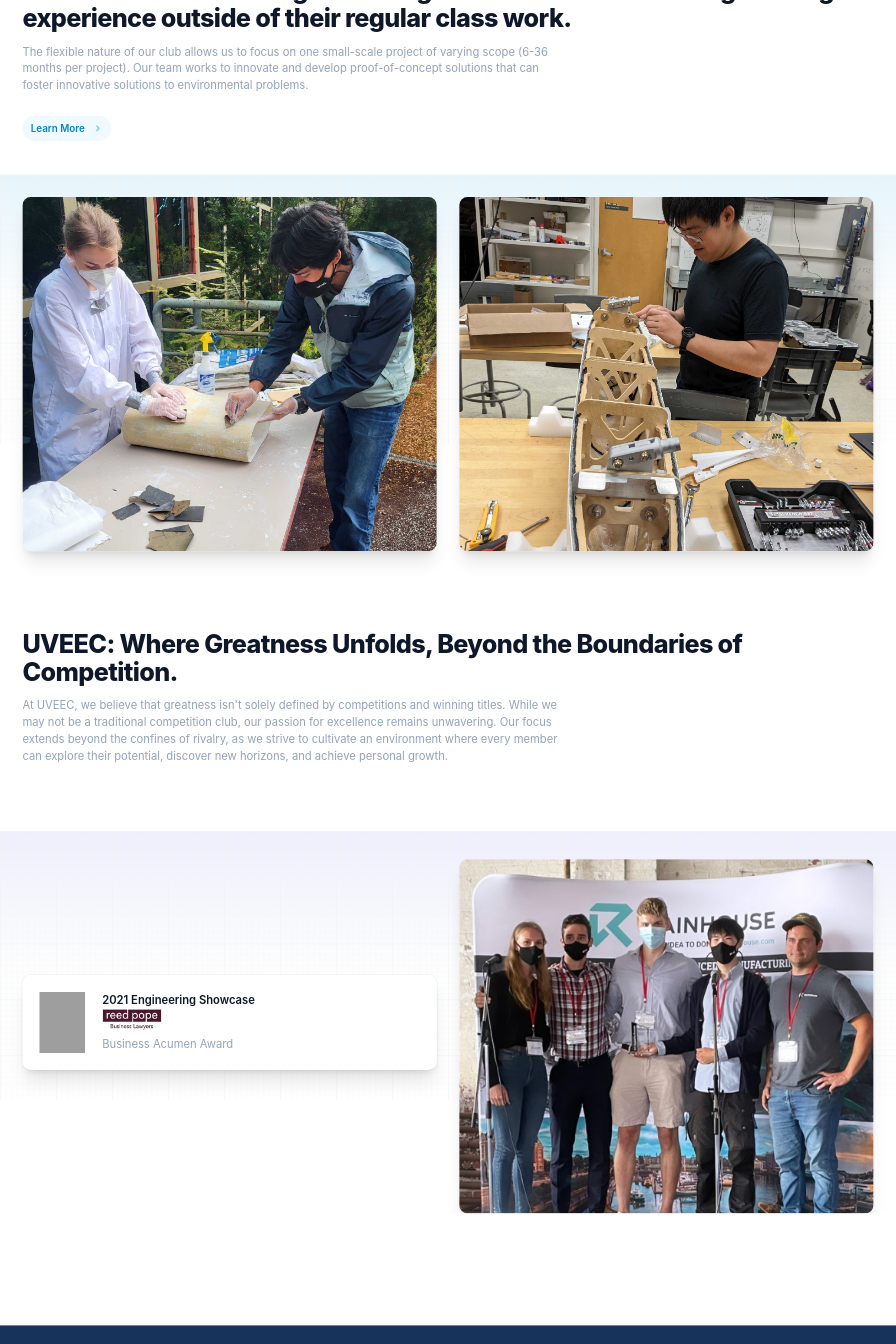
Repository: markaxelus/uveec-website
Page: /
These files come from the project's save history. The page is drawn as it stood at one moment and after the next save; the edit follows.
The browser window is 1280 px wide. The pictures show the part of the page from y = 938 to 2858 px (the page is 3176 px tall before and 3112 px after), at 70% of full size.
Pictures or frames that could not be fetched are drawn as grey boxes. The project was rebuilt for these pictures with package versions that can differ from the ones it lists, and the page was loaded fresh each time. The framework's server and built-in components were replaced by stand-ins that run in the browser. Also part of the build but not shown: next.config.js, src/components/molecules/ProfileCard.tsx.

Above is the page before, as saved 2024-06-08 23:36:40.

### pages/index.tsx
import Head from "next/head";
import Link from "next/link";
import Image from "next/image";
import type { NextPage } from "next";
import {
  HeroBanner,
  SponsorMarquee,
} from "../src/components/molecules";
import { BaseLayout } from "../src/Layout/BaseLayout";
import { FaAngleRight } from "react-icons/fa";

const Home: NextPage = () => {
  return (
    <div>
      <Head>
        <title>University of Victoria Environmental Engineering Club</title>
        <link rel="canonical" href="https://uveec.ca" key="canonical" />
        <meta
          name="description"
          content="Our organization's primary purpose is to create out of the box
          engineering solutions to everyday environmental problems in the local
          Capital Regional District of Victoria, British Columbia."
        />
        <meta name="viewport" content="width=device-width, initial-scale=1.0" />
        <meta
          name="keywords"
          content="UVEEC, UVic Environmental Engineering, Environmental Engineering, Environment, Engineering, University of Victoria, Victoria"
        />
        <meta
          property="og:title"
          content="University of Victoria Environmental Engineering Club"
        />
        <meta property="og:url" content="https://uveec.ca" />
        <meta property="og:type" content="website" />
        <link rel="icon" href="/favicon.ico" />
      </Head>
      <BaseLayout>
        <HeroBanner />
        <SponsorMarquee />
        <main>
          <div className="pt-20 mb-20 space-y-20 overflow-hidden sm:pt-32 sm:mb-32 sm:space-y-32 md:pt-40 md:mb-40 md:space-y-20">

            <section id="team">
              <div className="max-w-7xl mx-auto px-4 sm:px-6 md:px-8">
                <p className="mt-4 text-3xl sm:text-4xl text-slate-900 font-extrabold tracking-tight dark:text-slate-50">
                  One of our club&apos;s main goals is to give student hands-on
                  engineering experience outside of their regular class work.
                </p>
                <p className="mt-4 max-w-3xl text-slate-400 space-y-6 ">
                  The flexible nature of our club allows us to focus on one
                  small-scale project of varying scope (6-36 months per
                  project). Our team works to innovate and develop
                  proof-of-concept solutions that can foster innovative
                  solutions to environmental problems.
                </p>
                <Link href="/about" passHref>
                  <a className="group inline-flex items-center h-9 rounded-full text-sm font-semibold whitespace-nowrap px-3 focus:outline-none focus:ring-2 bg-sky-50 text-sky-600 hover:bg-sky-200 hover:text-sky-700 focus:ring-sky-500 dark:bg-slate-700 dark:text-slate-100 dark:hover:bg-slate-600 dark:hover:text-white dark:focus:ring-slate-500 mt-8 md:mb-10">
                    Learn More
                    <FaAngleRight className="overflow-visible ml-3 text-sky-300 group-hover:text-sky-400" />
                  </a>
                </Link>
              </div>
              <div className="relative pt-10 xl:pt-0 mt-10 xl:mt-2">
                <div className="absolute h-96 w-full bg-gradient-to-b from-sky-500 via-slate-100 to-white opacity-10 dark:to-slate-900">
                  <svg
                    width="100%"
                    height="100%"
                    xmlns="http://www.w3.org/2000/svg"
                  >
                    <defs>
                      <pattern
                        id="smallGrid"
                        width="8"
                        height="8"
                        patternUnits="userSpaceOnUse"
                      >
                        <path
                          d="M 8 0 L 0 0 0 8"
                          fill="none"
                          stroke="gray"
                          strokeWidth="0.5"
                        />
                      </pattern>
                      <pattern
                        id="grid"
                        width="80"
                        height="80"
                        patternUnits="userSpaceOnUse"
                      >
                        <rect width="80" height="80" fill="url(#smallGrid)" />
                        <path
                          d="M 80 0 L 0 0 0 80"
                          fill="none"
                          stroke="gray"
                          strokeWidth="1"
                        />
                      </pattern>
                    </defs>

                    <rect width="100%" height="100%" fill="url(#grid)" />
                  </svg>
                </div>
                <div className="max-w-7xl mx-auto px-4 py-8 sm:px-6 md:px-8 lg:grid lg:grid-cols-12 lg:gap-8">
                  {/*<div className="lg:col-span-5 xl:col-span-6 flex flex-col">
                    <div className="relative z-10 bg-white ring-1 ring-slate-900/5 rounded-lg shadow-xl px-6 py-5 my-auto xl:mt-18 dark:bg-slate-800">
                      <div className="absolute inset-x-0 inset-y-5 border-t border-b border-slate-100 pointer-events-none dark:border-slate-700" />
                      <div className="absolute inset-x-6 inset-y-0 border-l border-r border-slate-100 pointer-events-none dark:border-slate-700" />
                      <div className="bg-slate-50 overflow-hidden py-6 sm:py-9 lg:py-6 xl:py-9 px-6 dark:bg-slate-900/50">
                        <div className="relative h-96">
                          <Image
                            layout="fill"
                            src="/images/manufacturing2.jpg"
                            className="object-cover"
                            alt={""}
                            decoding="async"
                            priority
                          />
                        </div>
                      </div>
                    </div>
                  </div>*/}
                  <div className="mt-4 -mx-4 sm:mx-0 lg:mt-0 lg:col-span-7 xl:col-span-6">
                    <div className="relative overflow-hidden shadow-xl flex h-[31.625rem] max-h-[60vh] sm:max-h-[none] sm:rounded-xl lg:h-[34.6875rem] xl:h-[31.625rem]">
                      <Image
                        layout="fill"
                        src="/images/manufacturing2.jpg"
                        className="object-cover"
                        alt={""}
                        decoding="async"
                        priority
                      />
                    </div>
                  </div>
                  <div className="mt-4 -mx-4 sm:mx-0 lg:mt-0 lg:col-span-7 xl:col-span-6">
                    <div className="relative overflow-hidden shadow-xl flex h-[31.625rem] max-h-[60vh] sm:max-h-[none] sm:rounded-xl lg:h-[34.6875rem] xl:h-[31.625rem]">
                      <Image
                        layout="fill"
                        src="/images/manufacturing1.jpg"
                        className="object-cover"
                        alt={""}
                        decoding="async"
                        priority
                      />
                    </div>
                  </div>
                </div>
              </div>
            </section>

            <section id="awards">
              <div className="max-w-7xl mx-auto px-4 sm:px-6 md:px-8">
                <p className="mt-4 text-3xl sm:text-4xl text-slate-900 font-extrabold tracking-tight dark:text-slate-50">
                  UVEEC: Where Greatness Unfolds, Beyond the Boundaries of Competition.
                </p>
                <p className="mt-4 pb-4 max-w-3xl text-slate-400 space-y-6 ">
                  At UVEEC, we believe that greatness isn&apos;t solely defined by competitions and winning titles. While we may not be a traditional competition club, our passion for excellence remains unwavering. Our focus extends beyond the confines of rivalry, as we strive to cultivate an environment where every member can explore their potential, discover new horizons, and achieve personal growth.
                </p>
              </div>
              <div className="relative pt-10 xl:pt-0 mt-10 xl:mt-20">
                <div className="absolute h-96 w-full bg-gradient-to-b via-slate-100 from-indigo-500 to-white opacity-10 dark:to-slate-900">
                  <svg
                    width="100%"
                    height="100%"
                    xmlns="http://www.w3.org/2000/svg"
                  >
                    <defs>
                      <pattern
                        id="smallGrid"
                        width="8"
                        height="8"
                        patternUnits="userSpaceOnUse"
                      >
                        <path
                          d="M 8 0 L 0 0 0 8"
                          fill="none"
                          stroke="gray"
                          strokeWidth="0.5"
                        />
                      </pattern>
                      <pattern
                        id="grid"
                        width="80"
                        height="80"
                        patternUnits="userSpaceOnUse"
                      >
                        <rect width="80" height="80" fill="url(#smallGrid)" />
                        <path
                          d="M 80 0 L 0 0 0 80"
                          fill="none"
                          stroke="gray"
                          strokeWidth="1"
                        />
                      </pattern>
                    </defs>

                    <rect width="100%" height="100%" fill="url(#grid)" />
                  </svg>
                </div>
                <div className="max-w-7xl mx-auto px-4 sm:px-6 md:px-8 lg:grid lg:grid-cols-12 lg:gap-8">
                  <div className="lg:col-span-5 xl:col-span-6 flex flex-col">
                    <div className="relative z-10 bg-white rounded-xl shadow-xl ring-1 ring-slate-900/5 divide-y divide-slate-100 my-auto xl:mt-18 dark:bg-slate-800 dark:divide-slate-200/5 dark:highlight-white/10">
                      <div className="p-4 sm:p-6 lg:p-4 xl:p-6 space-x-4 items-start sm:space-x-6 lg:space-x-4 xl:space-x-6 flex">
                        <Image
                          src="/images/award.png"
                          height={88}
                          width={66}
                          alt={""}
                          decoding="async"
                          priority
                        />
                        <div className="min-w-0 relative flex-auto">
                          <h2 className="font-semibold text-slate-900 truncate sm:pr-20 dark:text-slate-100">
                            2021 Engineering Showcase
                          </h2>
                          <div className="dark:hidden">
                            <Image
                              height={32}
                              width={85}
                              src="/images/reedpope.png"
                              alt={""}
                              decoding="async"
                              priority
                            />
                          </div>
                          <div className="hidden dark:flex">
                            <Image
                              height={32}
                              width={85}
                              src="/images/reedpope-dark.png"
                              alt={""}
                              decoding="async"
                              priority
                            />
                          </div>
                          <p className="text-slate-400 ">
                            Business Acumen Award
                          </p>
                        </div>
                      </div>
                    </div>
                  </div>
                  <div className="mt-4 -mx-4 sm:mx-0 lg:mt-0 lg:col-span-7 xl:col-span-6 xl:mt-10">
                    <div className="relative overflow-hidden shadow-xl flex h-[31.625rem] max-h-[60vh] sm:max-h-[none] sm:rounded-xl lg:h-[34.6875rem] xl:h-[31.625rem]">
                      <Image
                        layout="fill"
                        src="/images/awarding.jpg"
                        className="object-cover"
                        alt={""}
                        decoding="async"
                        priority
                      />
                    </div>
                  </div>
                </div>
              </div>
            </section>
          </div>
        </main>
      </BaseLayout>
    </div>
  );
};

export default Home;

### styles/globals.css
@tailwind base;
@tailwind components;
@tailwind utilities;

html,
body {
  padding: 0;
  margin: 0;
  font-family: -apple-system, BlinkMacSystemFont, Segoe UI, Roboto, Oxygen,
    Ubuntu, Cantarell, Fira Sans, Droid Sans, Helvetica Neue, sans-serif;
}

a {
  color: inherit;
  text-decoration: none;
}

* {
  box-sizing: border-box;
}

.right-arrow {
  position: absolute;
  top: 50%;
  right: 0px;
  font-size: 3rem;
  color: #000;
  z-index: 10;
  cursor: pointer;
  user-select: none;
}

.left-arrow {
  position: absolute;
  top: 50%;
  left: 0px;
  font-size: 3rem;
  color: #000;
  z-index: 10;
  cursor: pointer;
  user-select: none;
}

.slide {
  opacity: 0;
  transition-duration: 1s ease;
}

.slide.active {
  opacity: 1;
  transition-duration: 1s;
  transform: scale(1.08);
}

@media (prefers-color-scheme: dark) {
  html {
    color-scheme: dark;
  }
  body {
    color: #f8fafc;
    background: #0f172a;
  }
}

### src/components/molecules/index.tsx
export { NavBar } from "./NavBar";
export { SponsorMarquee } from "./SponsorMarquee";
export { HeroBanner } from "./HeroBanner";
export { Menu } from "./Menu";
export { ProfileCard } from "./ProfileCard";

### src/Layout/BaseLayout.tsx
import React, { PropsWithChildren } from "react";
import { Footer, Header } from "../components/organisms";

interface BaseLayoutProps {}

export const BaseLayout = ({
  children,
}: PropsWithChildren<BaseLayoutProps>) => {
  return (
    <div>
      <Header />
      {children}
      <Footer />
    </div>
  );
};

### src/components/molecules/NavBar.tsx
import React from "react";
import { NavLink } from "../atoms";

export const NavBar = () => {
  return (
    <div className="z-50 flex flex-row items-center space-x-4">
      <NavLink name="Home" link="/" />
      <NavLink name="About" link="/about" />
      <NavLink name="Projects" link="/projects" />
      <NavLink name="Sponsors" link="/sponsors" />
      <NavLink name="Contact" link="/contact" />
    </div>
  );
};

### src/components/molecules/SponsorMarquee.tsx
import Marquee from "react-fast-marquee";
import { Logo } from "../atoms";
import { SponsorMap } from "../../constants";

export const SponsorMarquee = () => {
  return (
    <Marquee direction="right" speed={80} gradient={false}>
      <div className="flex flex-row items-center justify-evenly space-x-24 space-y-4 mr-24">
        {SponsorMap.map((card, i) => (
          <div
            key={i}
          >
            <Logo
              src={card.img}
              className="h-12 w-56 dark:hidden"
              classNameImage="object-contain"
            />
          </div>
        ))}
      </div>
    </Marquee>
  );
};

### src/components/atoms/index.tsx
export { NavLink } from "./NavLink";
export { Logo } from "./Logo";

### src/components/organisms/Header.tsx
import Link from "next/link";
import Image from "next/image";
import { NavBar } from "../molecules";
import { Menu } from "../molecules";

export const Header = () => {
  return (
    <div className="sticky top-0 z-50 flex flex-row items-center justify-between h-16 w-full px-4 py-2 shadow-2xl bg-royalBlue">
      <Link href="/" passHref>
        <a className="relative h-10 w-28 hover:cursor-pointer">
          <Image
            layout="fill"
            src="/images/uveec.png"
            alt={""}
            decoding="async"
            priority
          />
        </a>
      </Link>
      <div className="hidden md:block">
        <NavBar />
      </div>
      <div className="md:hidden">
        <Menu />
      </div>
    </div>
  );
};

### src/components/atoms/NavLink.tsx
import classNames from "classnames";
import { useRouter } from "next/router";
import { useMemo } from "react";

interface NavLinkProps {
  link: string;
  name: string;
}

export const NavLink = ({ link, name }: NavLinkProps) => {
  const { asPath } = useRouter();

  const isHighlighted = useMemo(() => {
    if (asPath === "/" && name === "Home") return true;
    return asPath.replace("/", "") === name.replace("/", "").toLowerCase();
  }, [asPath, name]);

  return (
    <a
      href={link}
      className={classNames(
        isHighlighted ? "text-orange" : "text-slate-50",
        "text-lg"
      )}
    >
      {name}
    </a>
  );
};

### src/components/atoms/Logo.tsx
import Image from "next/image";
import classNames from "classnames";

interface BaseLogoProps {
  src: string;
  className?: string;
  classNameImage?: string;
}

// Logo is used for building Marquee.
// className is to style div container of image.
// classNameImage is to style image itself. object-contain is used for SponsorMarquee. object-cover is used for IndexMarquee.

export const Logo = ({ src, className, classNameImage }: BaseLogoProps) => {
  return (
    <div className={classNames(className, "relative")}>
      <Image
        layout="fill"
        src={`${src}`}
        alt={""}
        decoding="async"
        className={classNameImage}
        priority
      />
    </div>
  );
};

Loaded but not shown: pages/_app.tsx (common file); src/components/organisms/index.tsx (common file); tailwind.config.js (18 lines, source omitted); src/constants.ts (282 lines, source omitted); src/components/organisms/Footer.tsx (98 lines, source omitted); src/components/molecules/HeroBanner.tsx (83 lines, source omitted); src/components/molecules/Menu.tsx (34 lines, source omitted)

After the next save:
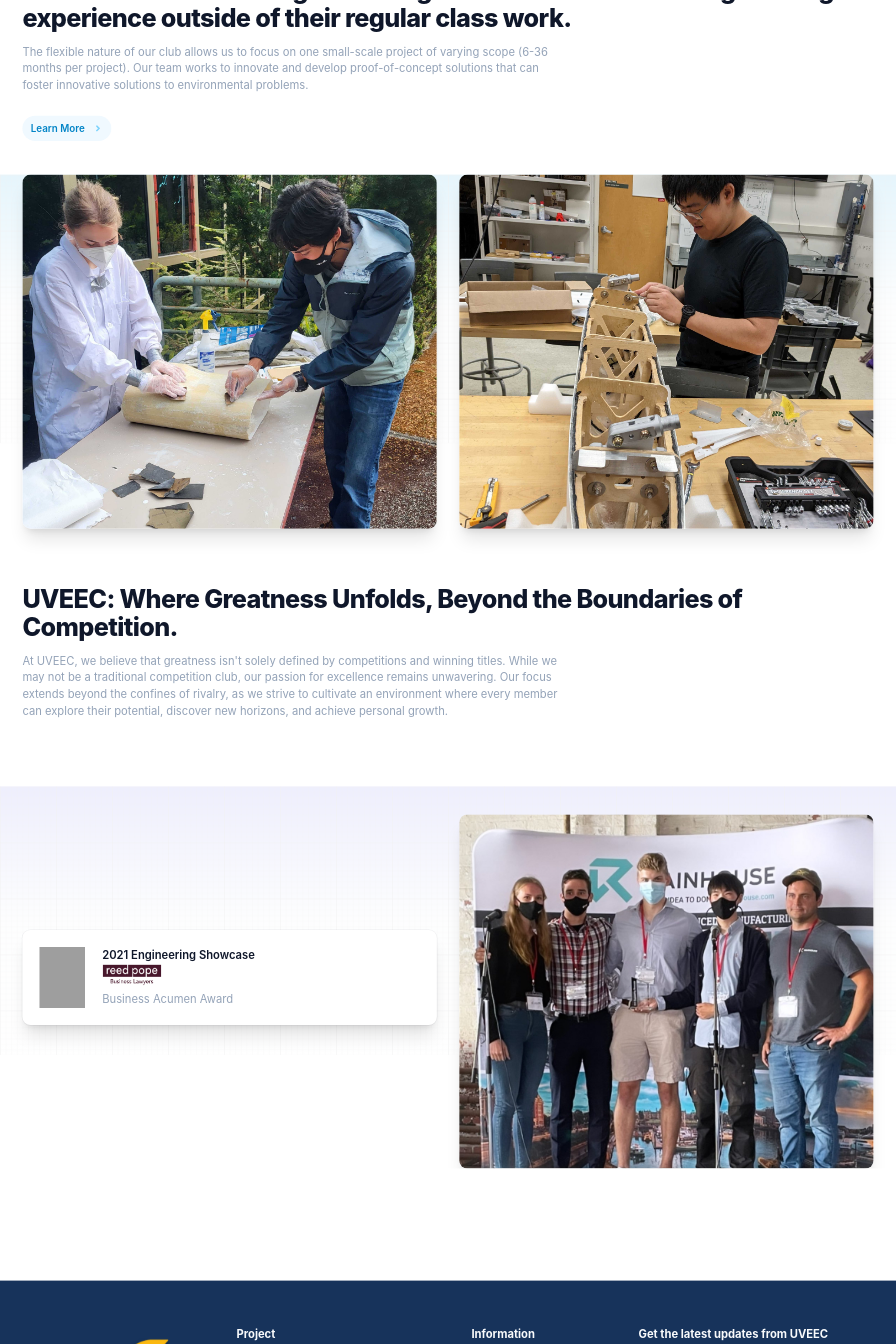
Saved 17 s later.
--- a/pages/index.tsx
+++ b/pages/index.tsx
@@ -100,7 +100,7 @@
                     <rect width="100%" height="100%" fill="url(#grid)" />
                   </svg>
                 </div>
-                <div className="max-w-7xl mx-auto px-4 py-8 sm:px-6 md:px-8 lg:grid lg:grid-cols-12 lg:gap-8">
+                <div className="max-w-7xl mx-auto px-4 py-15 sm:px-6 md:px-8 lg:grid lg:grid-cols-12 lg:gap-8">
                   {/*<div className="lg:col-span-5 xl:col-span-6 flex flex-col">
                     <div className="relative z-10 bg-white ring-1 ring-slate-900/5 rounded-lg shadow-xl px-6 py-5 my-auto xl:mt-18 dark:bg-slate-800">
                       <div className="absolute inset-x-0 inset-y-5 border-t border-b border-slate-100 pointer-events-none dark:border-slate-700" />

After the save that followed:
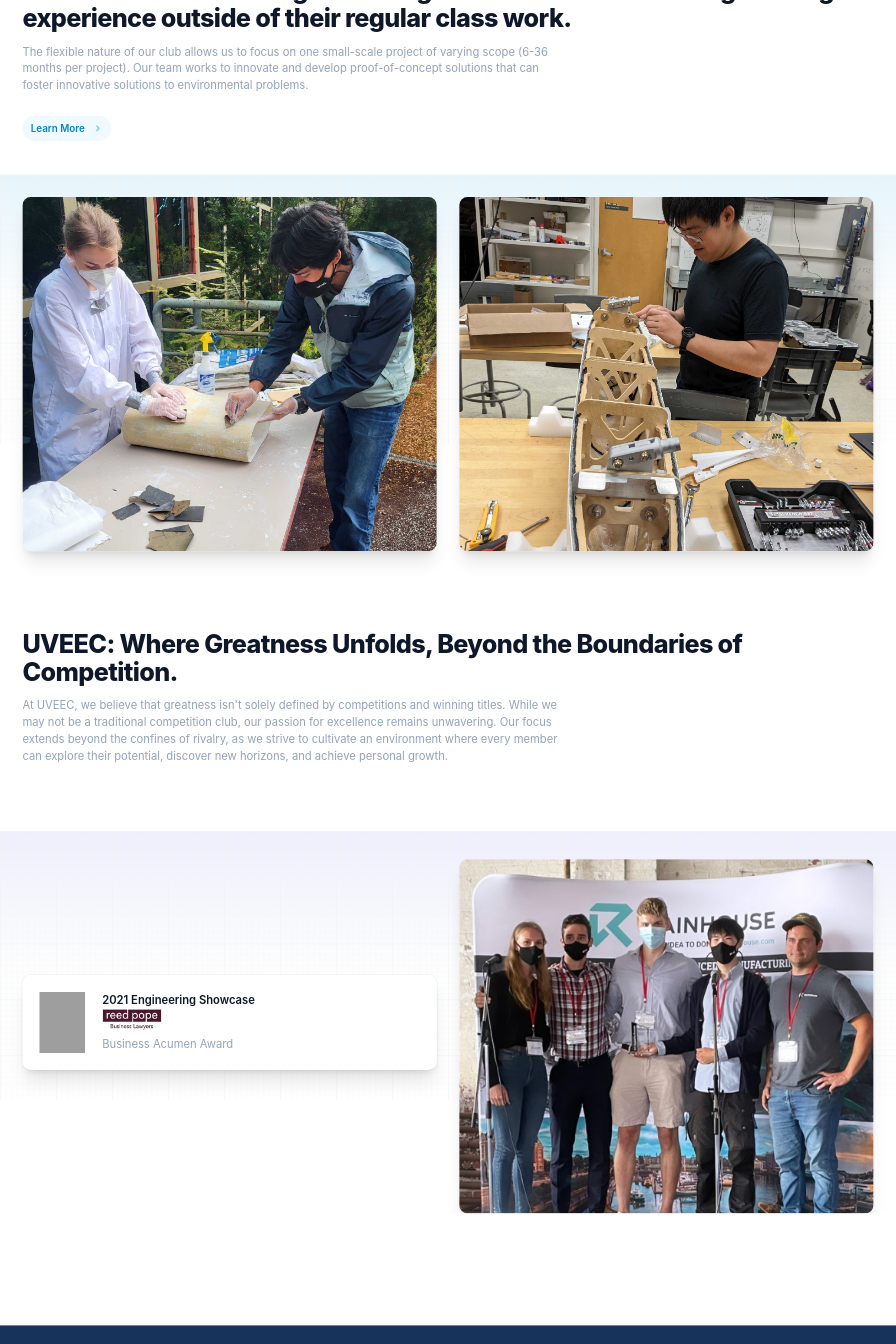
Saved 4 s later.
--- a/pages/index.tsx
+++ b/pages/index.tsx
@@ -100,7 +100,7 @@
                     <rect width="100%" height="100%" fill="url(#grid)" />
                   </svg>
                 </div>
-                <div className="max-w-7xl mx-auto px-4 py-15 sm:px-6 md:px-8 lg:grid lg:grid-cols-12 lg:gap-8">
+                <div className="max-w-7xl mx-auto px-4 py-8 sm:px-6 md:px-8 lg:grid lg:grid-cols-12 lg:gap-8">
                   {/*<div className="lg:col-span-5 xl:col-span-6 flex flex-col">
                     <div className="relative z-10 bg-white ring-1 ring-slate-900/5 rounded-lg shadow-xl px-6 py-5 my-auto xl:mt-18 dark:bg-slate-800">
                       <div className="absolute inset-x-0 inset-y-5 border-t border-b border-slate-100 pointer-events-none dark:border-slate-700" />
